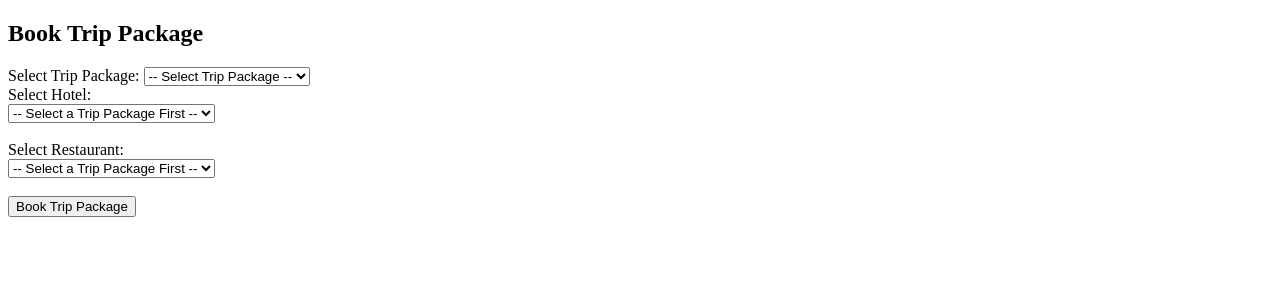
Repository: nyeinsu4520/tourland
Page: http://localhost/TripBooking
The author's editor kept a copy of each file at every save. The page is drawn from the files as they stood at one save, then again after a run of saves.
The browser window is 1280 px wide. The pictures show the whole page.
The page is this project's Thymeleaf template; nobody is signed in. The template is opened directly, without the code that normally fills it, so the values that code supplies are empty.

Above is the page before, as saved 2024-06-29 12:10:12.

### Tourland/src/main/resources/templates/TripBooking.html
<!DOCTYPE html>
<html xmlns:th="http://www.thymeleaf.org">
<head>
    <meta charset="UTF-8">
    <title>Book Trip Package</title>
    <script src="https://ajax.googleapis.com/ajax/libs/jquery/3.5.1/jquery.min.js"></script>
    <script>
        function loadHotelsAndRestaurants() {
            var tripPackageId = $('#tripPackageId').val();
            if (tripPackageId) {
                $.get('/admin/trip-packages/trip-packages/' + tripPackageId + '/hotels', function(data) {
                    $('#hotelSelect').html(data);
                });
                $.get('/admin/trip-packages/trip-packages/' + tripPackageId + '/restaurants', function(data) {
                    $('#restaurantSelect').html(data);
                });
            }
        }

        $(document).ready(function() {
            $('#tripPackageId').change(loadHotelsAndRestaurants);
        });
    </script>
</head>
<body>
    <h2>Book Trip Package</h2>

    <form action="/trip-packages/book" method="post">
        <input type="hidden" name="_csrf" th:value="${_csrf.token}" /> <!-- Ensure CSRF token is included -->

        <!-- Select Trip Package -->
        <label>Select Trip Package:</label>
        <select id="tripPackageId" name="tripPackageId">
            <option value="">-- Select Trip Package --</option>
            <option th:each="tripPackage : ${tripPackages}"
                    th:value="${tripPackage.id}"
                    th:text="${tripPackage.name}"></option>
        </select>
        <br/>

        <!-- Select Hotel -->
        <label>Select Hotel:</label>
        <div id="hotelSelect">
            <select name="hotelId">
                <option value="">-- Select a Trip Package First --</option>
            </select>
        </div>
        <br/>

        <!-- Select Restaurant -->
        <label>Select Restaurant:</label>
        <div id="restaurantSelect">
            <select name="restaurantId">
                <option value="">-- Select a Trip Package First --</option>
            </select>
        </div>
        <br/>

        <button type="submit">Book Trip Package</button>
    </form>
</body>
</html>

### Tourland/src/main/resources/templates/Fragment/HotelSelect.html
<!DOCTYPE html>
<html>
<head>
<meta charset="ISO-8859-1">
<title>Insert title here</title>
</head>
<body>
	<div th:fragment="hotelSelectFragment">
    <label>Select Hotel:</label>
    <select name="hotelId">
        <option th:each="hotel : ${hotels}"
                th:value="${hotel.hotel_id}"
                th:text="${hotel.title}"></option>
    </select>
</div>
</body>
</html>

After the next 3 saves:
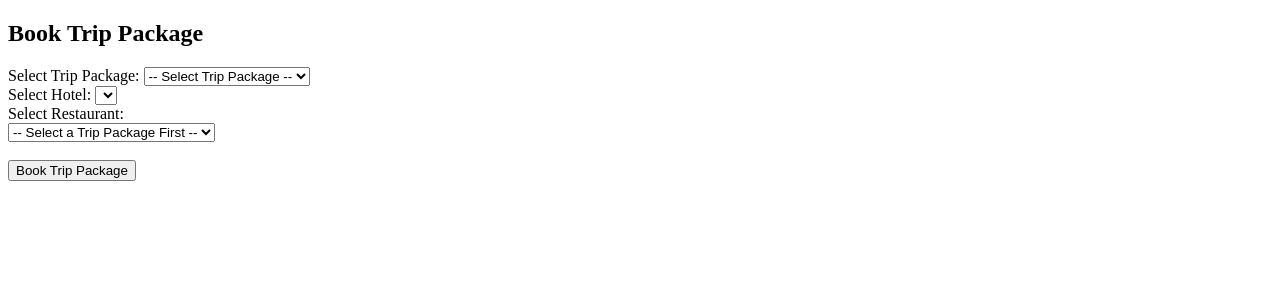
The 3 saves are shown as one change because 2 did not build or start.
The last was saved 2 min 43 s later.
--- a/Tourland/src/main/resources/templates/TripBooking.html
+++ b/Tourland/src/main/resources/templates/TripBooking.html
@@ -38,14 +38,8 @@
         </select>
         <br/>
 
-        <!-- Select Hotel -->
-        <label>Select Hotel:</label>
-        <div id="hotelSelect">
-            <select name="hotelId">
-                <option value="">-- Select a Trip Package First --</option>
-            </select>
-        </div>
-        <br/>
+        <!-- Include Hotel Select Fragment -->
+        <div th:replace="Fragment/HotelSelect"></div>
 
         <!-- Select Restaurant -->
         <label>Select Restaurant:</label>

After the save that followed:
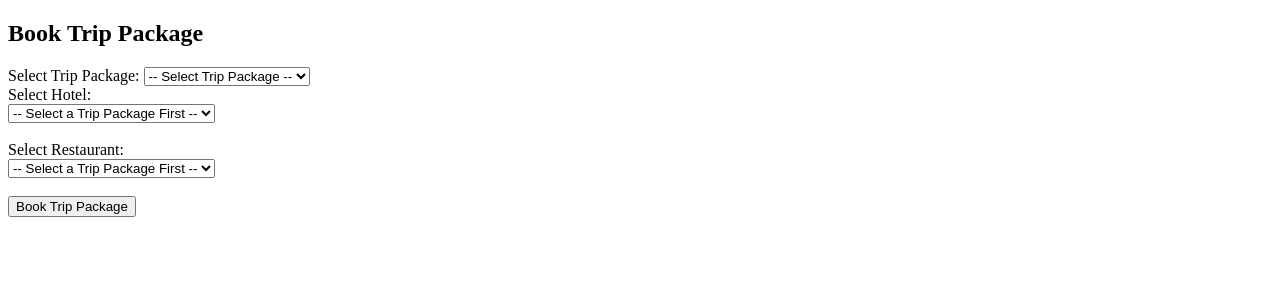
Saved 33 s later.
--- a/Tourland/src/main/resources/templates/TripBooking.html
+++ b/Tourland/src/main/resources/templates/TripBooking.html
@@ -38,8 +38,14 @@
         </select>
         <br/>
 
-        <!-- Include Hotel Select Fragment -->
-        <div th:replace="Fragment/HotelSelect"></div>
+        <!-- Select Hotel -->
+        <label>Select Hotel:</label>
+        <div id="hotelSelect">
+            <select name="hotelId">
+                <option value="">-- Select a Trip Package First --</option>
+            </select>
+        </div>
+        <br/>
 
         <!-- Select Restaurant -->
         <label>Select Restaurant:</label>
